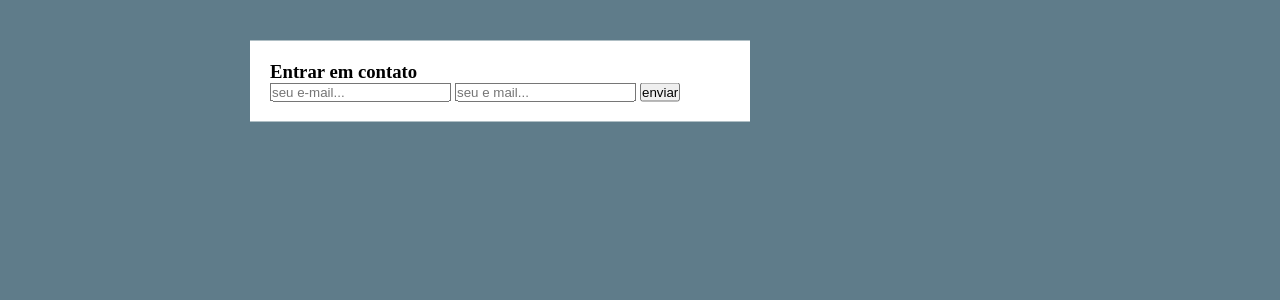
Repository: josceno/Sistema-para-controle-de-experimenta-o-animal
Page: index.html
An editor plug-in stored every save of this project. The page is shown before and after the next save, followed by the edit.
The browser window is 1280 px wide. The pictures show the whole page.

Above is the page before, as saved 2021-09-13 15:18:05.

### index.html
<html>
    <head>
        <title>Form Contato</title>

    </head>
    <style>
        *{margin:0; padding:0;box-sizing: border-box;}
        body
        {
            background-color: #5f7C8A;
        }
        form
        {
            background-color: white;
            max-width: 500px;
            width: 70%;
            padding:20px;
            position:absolute;
            left: "50%";
            top: "50%";

            transform: translate(50%,50%);
        }
    </style>

    <body>

        <form>
            <h3>Entrar em contato</h3>
            <input type="text" name ="email" placeholder= "seu e-mail..."/>
            <input type = "text" name = "email" placeholder=  "seu e mail..."/>
            <input type =  "submit"name = "acao" value = "enviar"/>
        </form>
    </body>
</html>

After the next save:
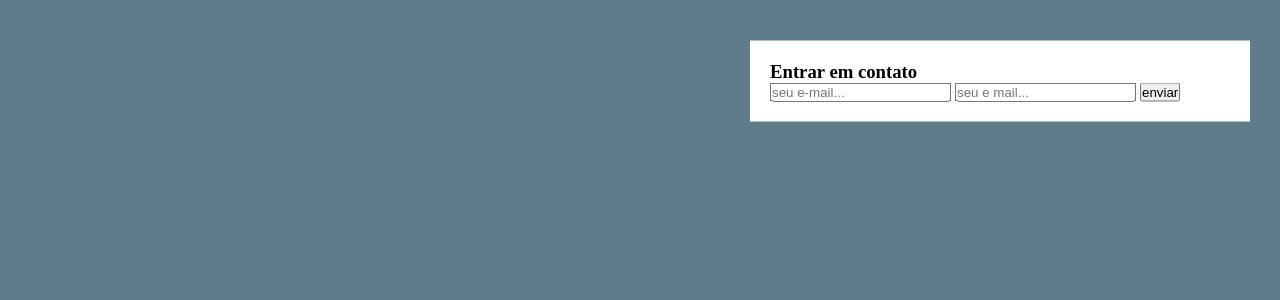
Saved 29 s later.
--- a/index.html
+++ b/index.html
@@ -19,7 +19,7 @@
             left: "50%";
             top: "50%";
 
-            transform: translate(50%,50%);
+            transform: translate(150%,50%);
         }
     </style>
 

After the save that followed:
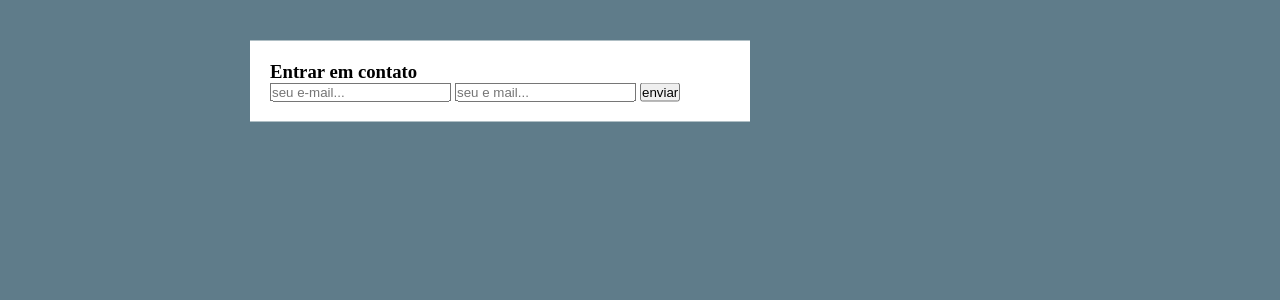
Saved 9 s later.
--- a/index.html
+++ b/index.html
@@ -19,7 +19,7 @@
             left: "50%";
             top: "50%";
 
-            transform: translate(150%,50%);
+            transform: translate(50%,50%);
         }
     </style>
 
